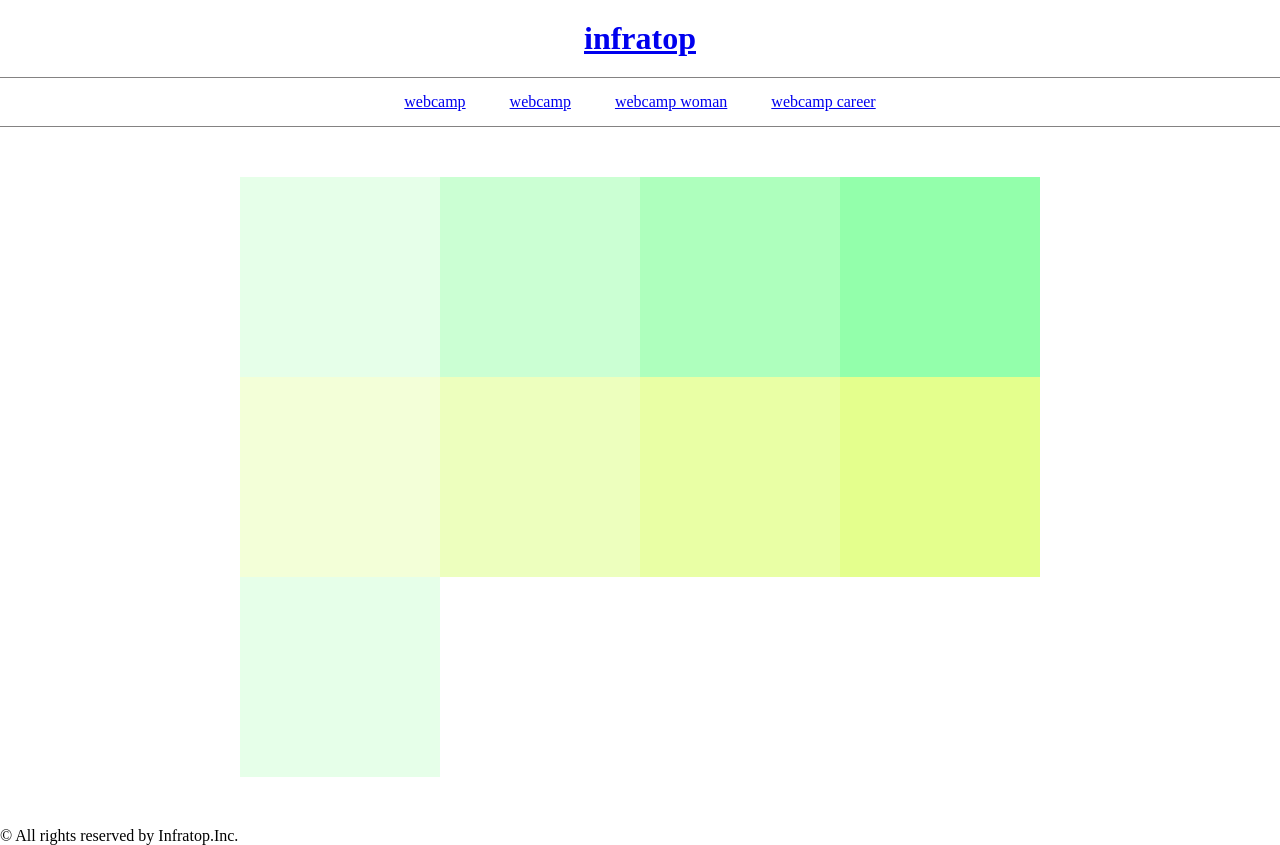
Repository: matuyama/dmm-webcamp
Page: chapter5/chapter5.html
The author's editor kept a record of every edit. The page is drawn from the files as they stood at one moment, then again after the next edit.
The browser window is 1280 px wide. The pictures show the whole page.

Above is the page before.

### chapter5/chapter5.html
<!DOCTYPE html>
<html lang"ja">

  <head>
    <meta charset="UTF-8"/>
    <link rel="stylesheet" href="chapter5.css"/>
    <title>chapter5</title>
  </head>

  <body>
    <header>
      <h1 class="heading">
        <a href="chapter5.html">
          infratop
        </a>
      </h1>
    </header>

    <nav>
      <ul class="nav-list">
        <li class="nav-list-item">
          <a href="chapter5.html">webcamp</a>
        </li>
        <li class="nav-list-item">
          <a href="hapter5">webcamp</a>
        </li>
        <li class="nav-list-item">
          <a href="chapter5">webcamp woman</a>
        </li>
        <li class="nav-list-item">
          <a href="chapter5">webcamp career</a>
        </li>
      </ul>
    </nav>

    <div class="main">
      <div class="box1"></div>
      <div class="box2"></div>
      <div class="box3"></div>
      <div class="box4"></div>
      <div class="box5"></div>
      <div class="box6"></div>
      <div class="box7"></div>
      <div class="box8"></div>
      <div class="box9"></div>
      <div class="box10"></div>
      <div class="box11"></div>
      <div class="box12"></div>
    </div>

    <footer><p class="footer-text">© All rights reserved by Infratop.Inc.</p></footer>

  </body>

</html>

### chapter5/chapter5.css
*{
  margin:0;
  padding:0;
  box-sizing:border-box;
}

header{
  width:100%;
  padding: 20px 0;
  margin: 0 auto;
  text-align:center;
}

.nav-list{
  text-align: center;
  padding: 15px 0;
  border-bottom: 1px solid #848282;
  border-top: 1px solid #848282;
}
  .nav-list-item{
    list-style: none;
    display: inline-block;
    margin: 0 20px;
  }

.main{
  width: 800px;
  margin: 50px auto;
  display: flex;
  flex-wrap: wrap;
}

  .box1{
    width: 200px;
    height: 200px;
    background-color: #e6ffe9;
  }

  .box2{
    width: 200px;
    height: 200px;
    background-color: #cbffd3;
  }

  .box3{
    width: 200px;
    height: 200px;
    background-color: #aeffbd;
  }

  .box4{
    width: 200px;
    height: 200px;
    background-color: #93ffab;
  }

  .box5{
    width: 200px;
    height: 200px;
    background-color: #f3ffd8;
  }

  .box6{
    width: 200px;
    height: 200px;
    background-color: #edffbe;
  }

  .box7{
    width: 200px;
    height: 200px;
    background-color: #e9ffa5;
  }

  .box8{
    width: 200px;
    height: 200px;
    background-color: #e4ff8d;
  }

  .box9{
    width: 200px;
    height: 200px;
    background-color: #e6ffe9;
  }

  .box1{
    width: 200px;
    height: 200px;
    background-color: #e6ffe9;
  }

  .box1{
    width: 200px;
    height: 200px;
    background-color: #e6ffe9;
  }

  .box1{
    width: 200px;
    height: 200px;
    background-color: #e6ffe9;
  }

After the next edit:
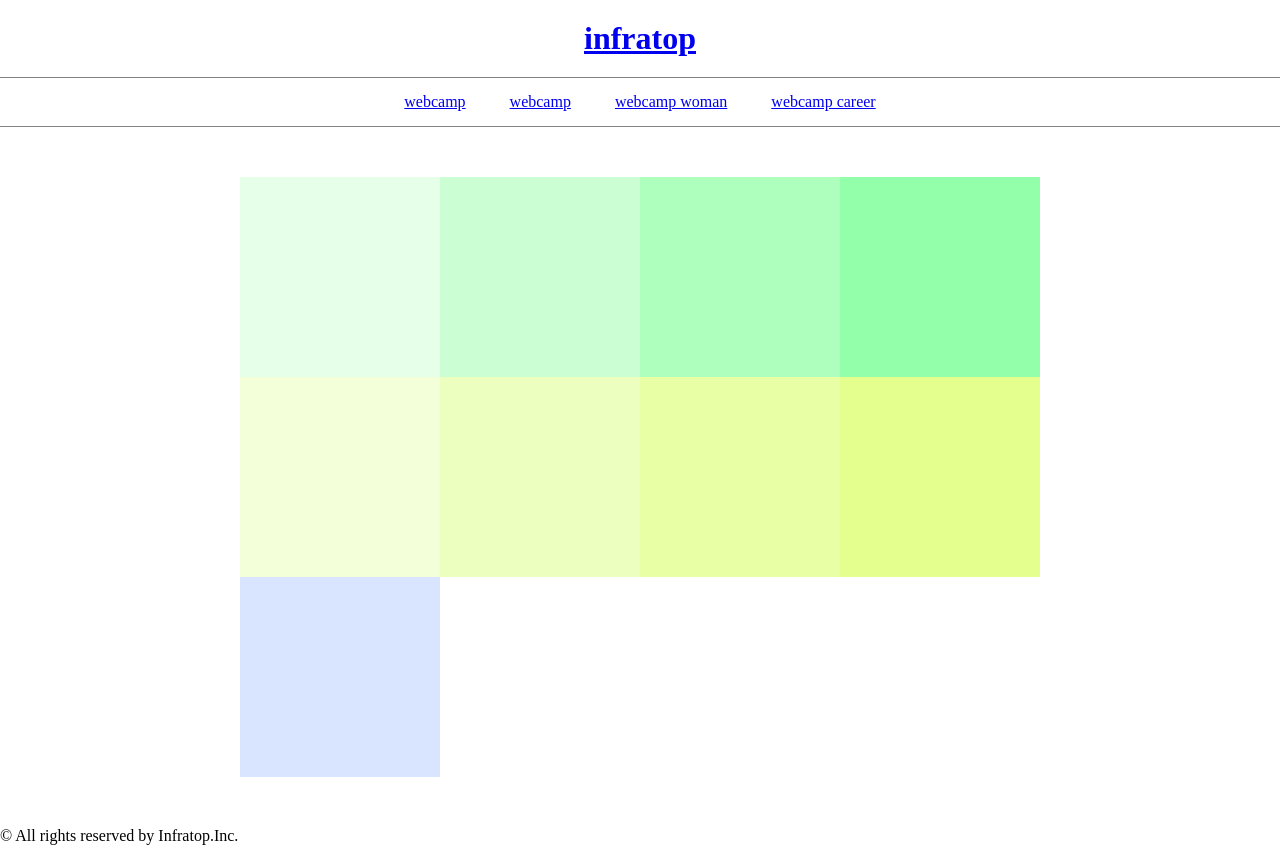
The edit:
--- a/chapter5/chapter5.css
+++ b/chapter5/chapter5.css
@@ -81,7 +81,7 @@
   .box9{
     width: 200px;
     height: 200px;
-    background-color: #e6ffe9;
+    background-color: #d9e5ff;
   }
 
   .box1{
